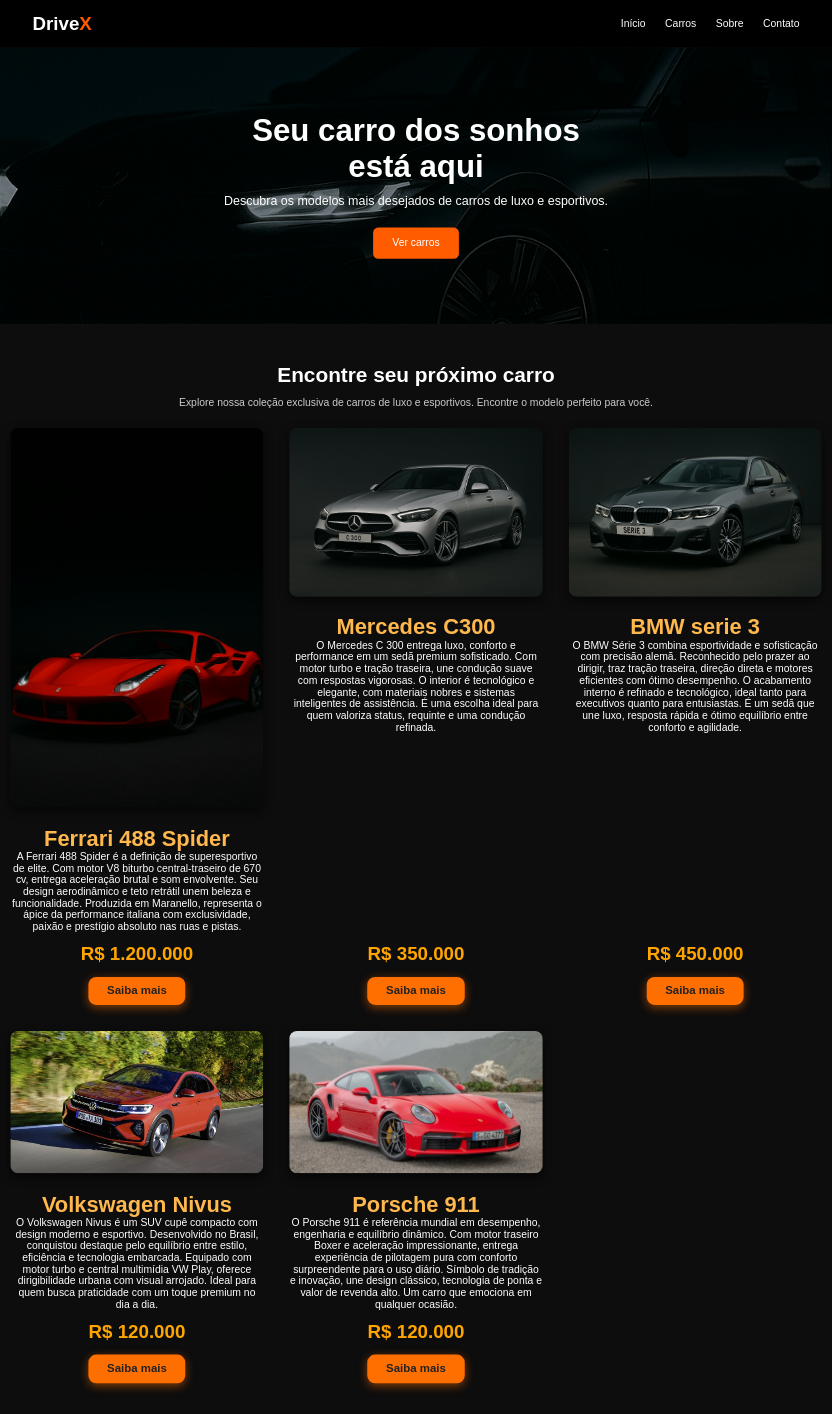
Repository: Mateushlp/DriveX
Page: index.html
An editor plug-in stored every save of this project. The page is shown before and after the next save, followed by the edit.
The browser window is 1280 px wide. The pictures show the whole page, at 65% of full size.

Above is the page before, as saved 2025-06-23 22:22:52.

After the next save:
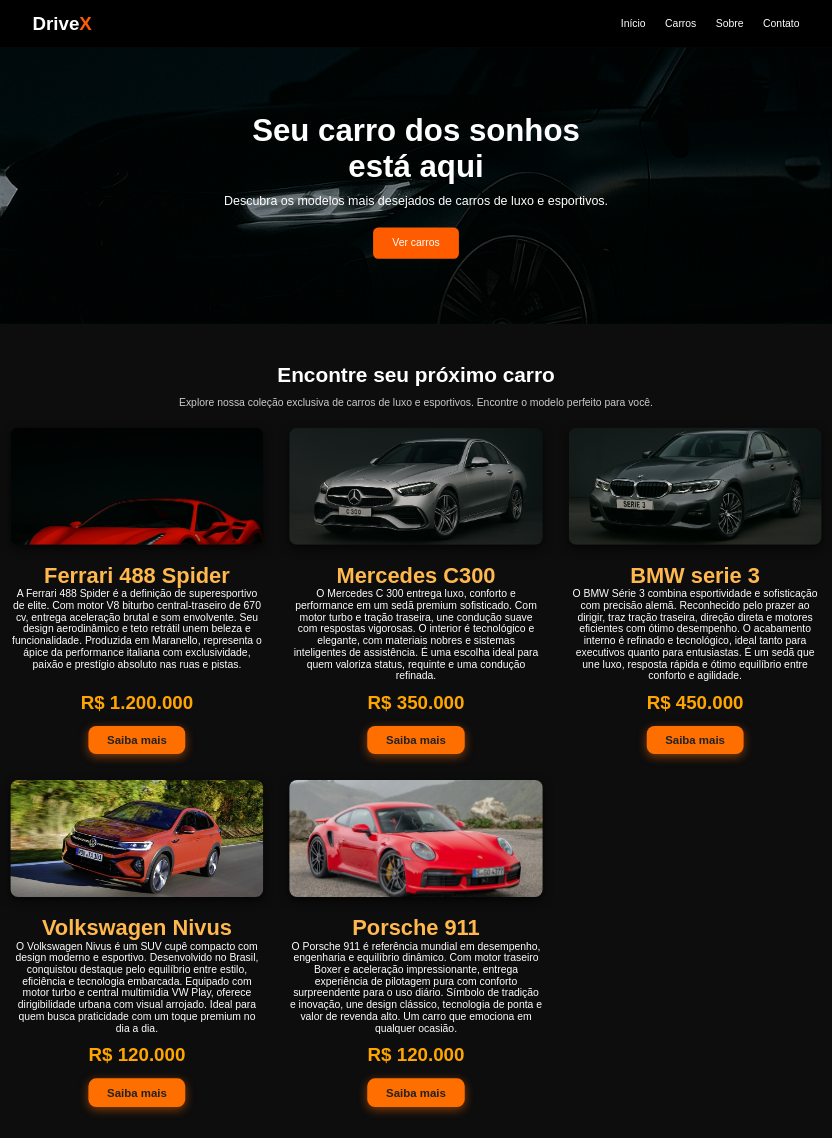
Saved 17 s later.
--- a/style.css
+++ b/style.css
@@ -106,6 +106,8 @@
 
 .card-carro img {
   width: 100%;
+  max-height: 180px; /* Limita a altura */
+  object-fit: cover;
   border-radius: 12px;
   margin-bottom: 1.2rem;
   box-shadow: 0 5px 15px rgba(0,0,0,0.7);
